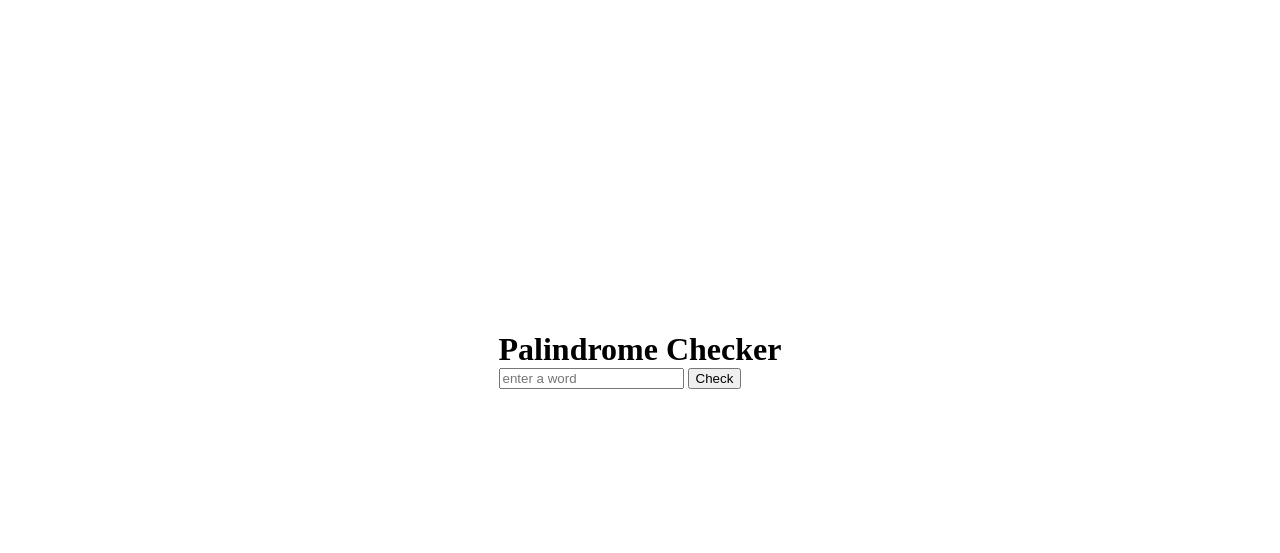
Repository: albinsabu2023/palindromeChecker
Page: index.html
The author's editor kept a copy of each file at every save. The page is drawn from the files as they stood at one save, then again after a run of saves.
The browser window is 1280 px wide. The pictures show the whole page.

Above is the page before, as saved 2023-09-12 01:14:15.

### index.html
<!DOCTYPE html>
<html lang="en">
<head>
    <meta charset="UTF-8">
    <meta name="viewport" content="width=device-width, initial-scale=1.0">
    <title>Document</title>
    <link rel="stylesheet" href="style.css">
</head>
<body>
    <div class="container">
        <h1>Palindrome Checker</h1>
        <input type="text" id="inputText" placeholder="enter a word">
        <button id="checkButton">Check</button>
        <div id="result">

        </div>
    </div>
    <script src="home.js"></script>
</body>
</html>

### style.css
*{
    margin:0;

}
body{
    display: flex;
    align-items: center;
    justify-content: center;
    height: 100vh;
    background:linear-gradient(red green) ;
}
.container{

}

Loaded but not shown: home.js (no copy from this time; the picture is the same without it)

After the next 2 saves:
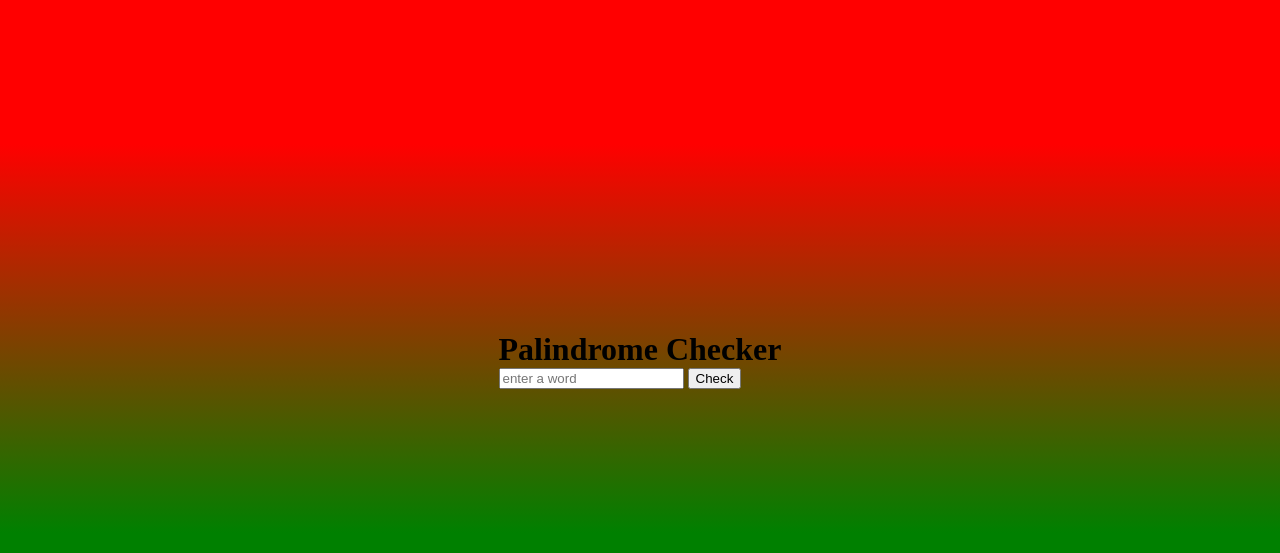
The 2 saves are shown as one change because they came seconds apart.
The last was saved 14 s later.
--- a/style.css
+++ b/style.css
@@ -7,7 +7,7 @@
     align-items: center;
     justify-content: center;
     height: 100vh;
-    background:linear-gradient(red green) ;
+    background:linear-gradient(red 20%, green 74%) ;
 }
 .container{
 
